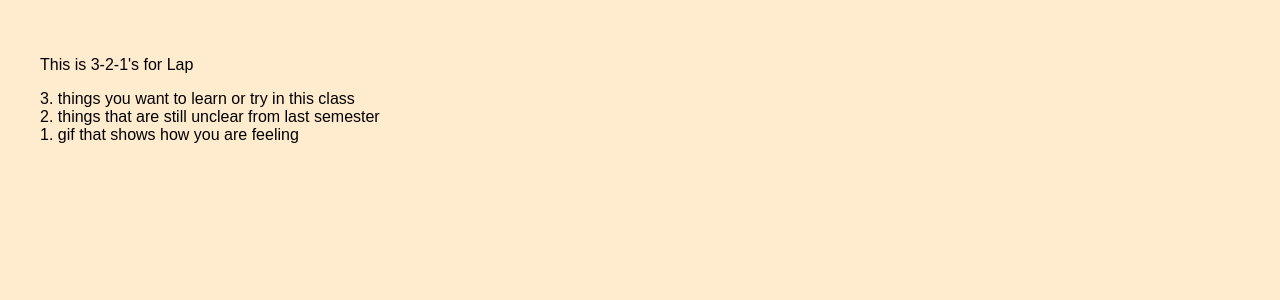
Repository: HyunJunggggg/MDIA2109
Page: index.html
The author's editor kept a copy of each file at every save. The page is drawn from the files as they stood at one save, then again after a run of saves.
The browser window is 1280 px wide. The pictures show the whole page.

Above is the page before, as saved 2025-01-23 15:13:14.

### index.html
<!DOCTYPE html>
<html lang="en">
    <head>
        <!-- Meta -->
        <meta charset="UTF-8" />
        <meta name="viewport" content="width=device-width, initial-scale=1.0" />
        <link rel="stylesheet" href="style.css" />
        <title>HyunJung's Blog 😉</title>
    </head>

    <!-- body -->
    <body>
        <div class="container" id="rats-ass">
            <p>This is 3-2-1's for Lap</p>
            <ul>
                <li>3. things you want to learn or try in this class</li>
                <li>2. things that are still unclear from last semester</li>
                <li>1. gif that shows how you are feeling</li>
            </ul>
        </div>
    </body>
</html>

### style.css
/* Reset */
body {
    background-color: blanchedalmond;
}

ul,
ol,
dl {
    list-style-type: none;
    padding: 0;
}

/* Basic */
html {
    font-family: Arial, Helvetica, sans-serif;
}

body {
    padding: 2em;
}
a {
    text-decoration: none;
}

/* Component style */
body .container.holder#rats-ass {
    margin-bottom: 1em;
    border: 1px solid #cccccc;
    border-radius: 5px;
    padding: 0.75em;
}

#rats-ass{
  border-color: red;
}
/* Utility style */

After the next 3 saves:
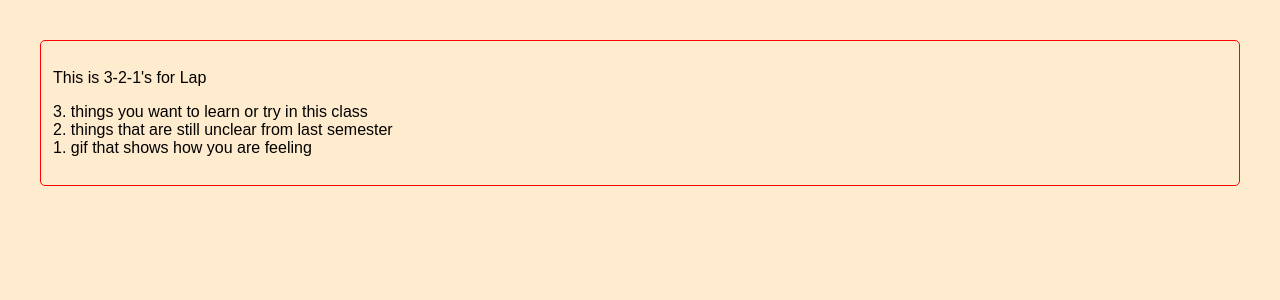
The 3 saves are shown as one change because they came seconds apart.
The last was saved 19 s later.
--- a/style.css
+++ b/style.css
@@ -23,7 +23,7 @@ a {
 }
 
 /* Component style */
-body .container.holder#rats-ass {
+body .container {
     margin-bottom: 1em;
     border: 1px solid #cccccc;
     border-radius: 5px;
